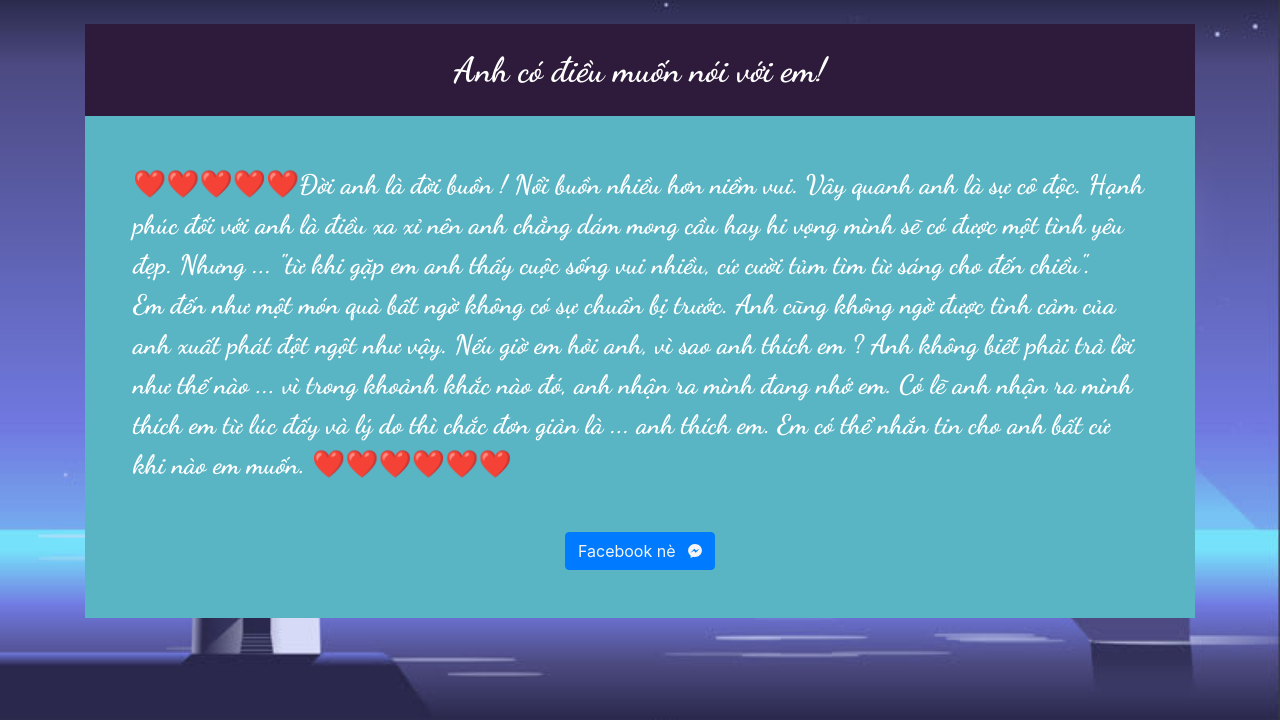
Repository: Trongcutephomaique/loiyeuthuong
Page: index2.html
An editor plug-in stored every save of this project. The page is shown before and after the next save, followed by the edit.
The browser window is 1280 px wide. The pictures show the whole page.
Some web libraries are served in a nearby version.

Above is the page before, as saved 2021-08-29 19:58:52.
Not found: javascript/scrollMonitor.js

After the next save:
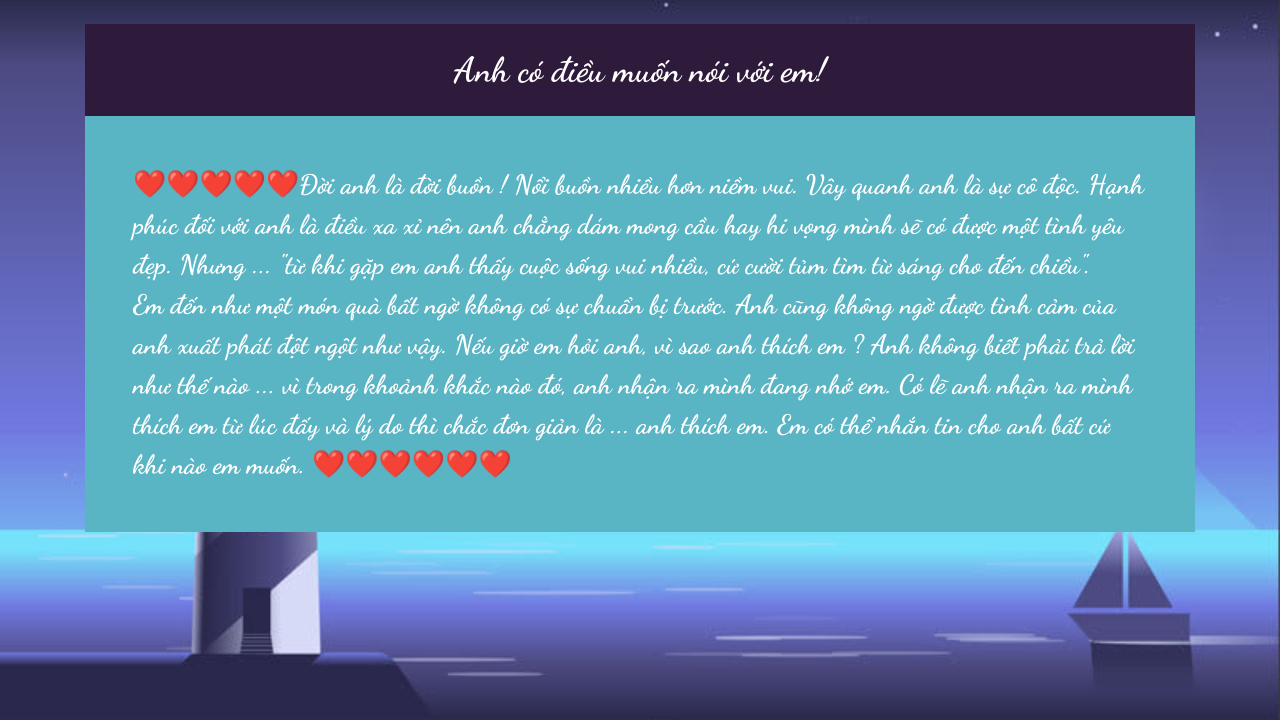
Saved 138 days later.
--- a/index2.html
+++ b/index2.html
@@ -27,9 +27,9 @@
 							<!-- 3. Đây nữa -->
 							❤️❤️❤️❤️❤️Đời anh là đời buồn ! Nổi buồn nhiều hơn niềm vui. Vây quanh anh là sự cô độc. Hạnh phúc đối với anh là điều xa xỉ nên anh chẳng dám mong cầu hay hi vọng mình sẽ có được một tình yêu đẹp. Nhưng ... "từ khi gặp em anh thấy cuộc sống vui nhiều, cứ cười tủm tìm từ sáng cho đến chiều".<br>Em đến như một món quà bất ngờ không có sự chuẩn bị trước. Anh cũng không ngờ được tình cảm của anh xuất phát đột ngột như vậy. Nếu giờ em hỏi anh, vì sao anh thích em ? Anh không biết phải trả lời như thế nào ... vì trong khoảnh khắc nào đó, anh nhận ra mình đang nhớ em. Có lẽ anh nhận ra mình thích em từ lúc đấy và lý do thì chắc đơn giản là ... anh thích em. Em có thể nhắn tin cho anh bất cứ khi nào em muốn. ❤️❤️❤️❤️❤️❤️
 						</div>
-						<div class="col-12 text-center">
+						<!-- <div class="col-12 text-center">
 							<div class="btn btn-primary mb-5"><a href="https://www.facebook.com/PhungQuocDinh/" style="color: #f4f4f4;">Facebook nè <i class="fab fa-facebook-messenger ml-2"></i></a></div>
-						</div>
+						</div> -->
 					</div>
 				</div>
 			</div>
